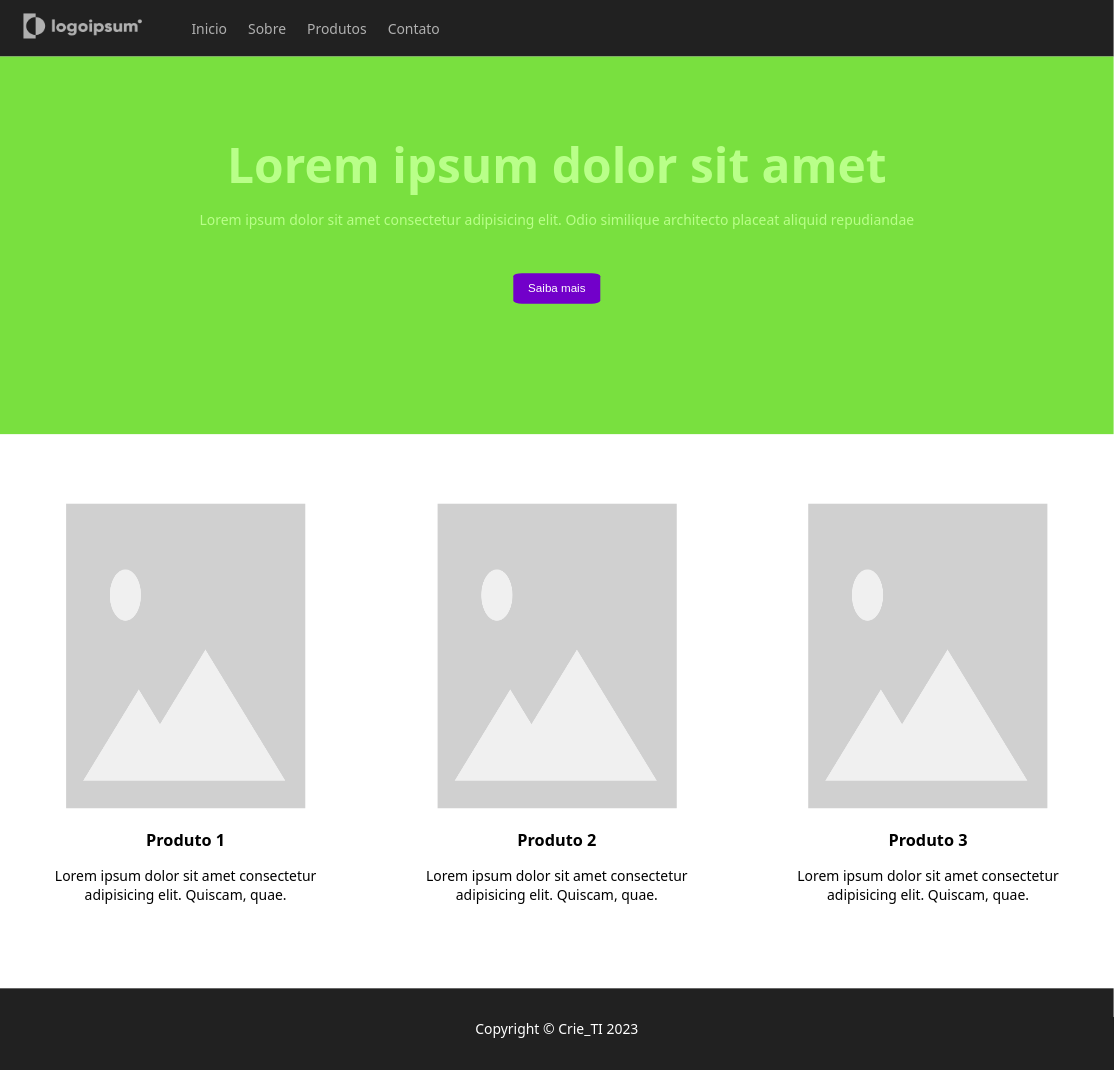
Repository: Carolden/SiteCrie_Ti
Page: index.html
These files come from the project's save history. The page is drawn as it stood at one moment and after the next save; the edit follows.
The browser window is 1280 px wide. The pictures show the whole page, at 87% of full size.

Above is the page before, as saved 2023-04-25 19:53:21.

### index.html
<!DOCTYPE html>
<html lang="pt-BR">
<head>
    <meta charset="UTF-8">
    <meta http-equiv="X-UA-Compatible" content="IE=edge">
    <meta name="viewport" content="width=device-width, initial-scale=1.0">
    <title>Document</title>
    <link rel="stylesheet" type="text/css" href="index.css" media="screen" />
</head>
<body>

    <header>
        <div>
            <img src="images/logo.png" alt="logo" class="logo">
        </div>
        <nav>
            <a href="inicio">Inicio</a>
            <a href="sobre">Sobre</a>
            <a href="produtos">Produtos</a>
            <a href="contato">Contato</a>
        </nav>
    </header>

    <main>

    <section class="banner">
        <h1>Lorem ipsum dolor sit amet</h1>
        <p>Lorem ipsum dolor sit amet consectetur adipisicing elit. Odio similique architecto placeat aliquid repudiandae</p>
        <button>Saiba mais</button>
    </section>

    <section class="produtos">
        <div class="row">
            <div class="column">
                <img src="images/placeholder.png" alt="imagem1">
                <h3>Produto 1</h3>
                <p>Lorem ipsum dolor sit amet consectetur adipisicing elit. Quiscam, quae. </p>
            </div>

            <div class="column">
                <img src="images/placeholder.png" alt="imagem2">
                <h3>Produto 2</h3>
                <p>Lorem ipsum dolor sit amet consectetur adipisicing elit. Quiscam, quae.</p>
            </div>

            <div class="column">
                <img src="images/placeholder.png" alt="imagem3">
                <h3>Produto 3</h3>
                <p>Lorem ipsum dolor sit amet consectetur adipisicing elit. Quiscam, quae.</p>
            </div>
        </div>
    </section>

    <footer>
        <div>
            <p> Copyright © Crie_TI 2023</p>
        </div>
    </footer>



    </main>





</body>
</html>

### index.css
body {
    border: 0;
    margin: 0;
    padding: 0;
    font-family: system-ui, -apple-system, BlinkMacSystemFont, 'Segoe UI', Roboto, Oxygen, Ubuntu, Cantarell, 'Open Sans', 'Helvetica Neue', sans-serif;
}


header {
    background-color: #212121;
    display: flex;
    align-items: center;
    width: 100%;
    top: 0;
    padding-left: 20px;
    padding-right: 20px;
    box-sizing: border-box;
}

header nav a {
    color: #B0B0B0;
    text-decoration: none;
    padding: 10px;

}

.logo {
    width: 150px;
    height: 60px;
    padding-right: 40px;
}

.banner {
    background-color: rgb(121, 224, 63);
    color: rgb(185, 255, 137);
    text-align: center;
    padding-top: 40px;
    padding-bottom: 150px;


}

button {
    background-color: rgb(114, 0, 202);
    color: #ffffff;
    text-align: center;
    padding: 10px;
    padding-left: 17px;
    padding-right: 17px;
    border-radius: 10%;
    border-style: hidden    ;
}

.banner h1 {
    font-size: 55px;
    margin-bottom: -30px;
}

.banner p {
    padding-bottom: 50px;
    padding-top: 30px;
    margin-bottom: 0px;
}

.produtos {
    padding-bottom: 50px;
}


.row {
    display: flex;
    padding-top: 50px;
}


.column {
    width: 33%;
    padding: 30px;
    text-align: center;

}


.column img {
    width: 75%;
    height: 350px;
    /* object-fit: cover; */
    text-align: center;
    justify-content: center;
}


footer {
    background-color: #212121;
    color: white;
    padding: 20px;
    text-align: center;
}

After the next save:
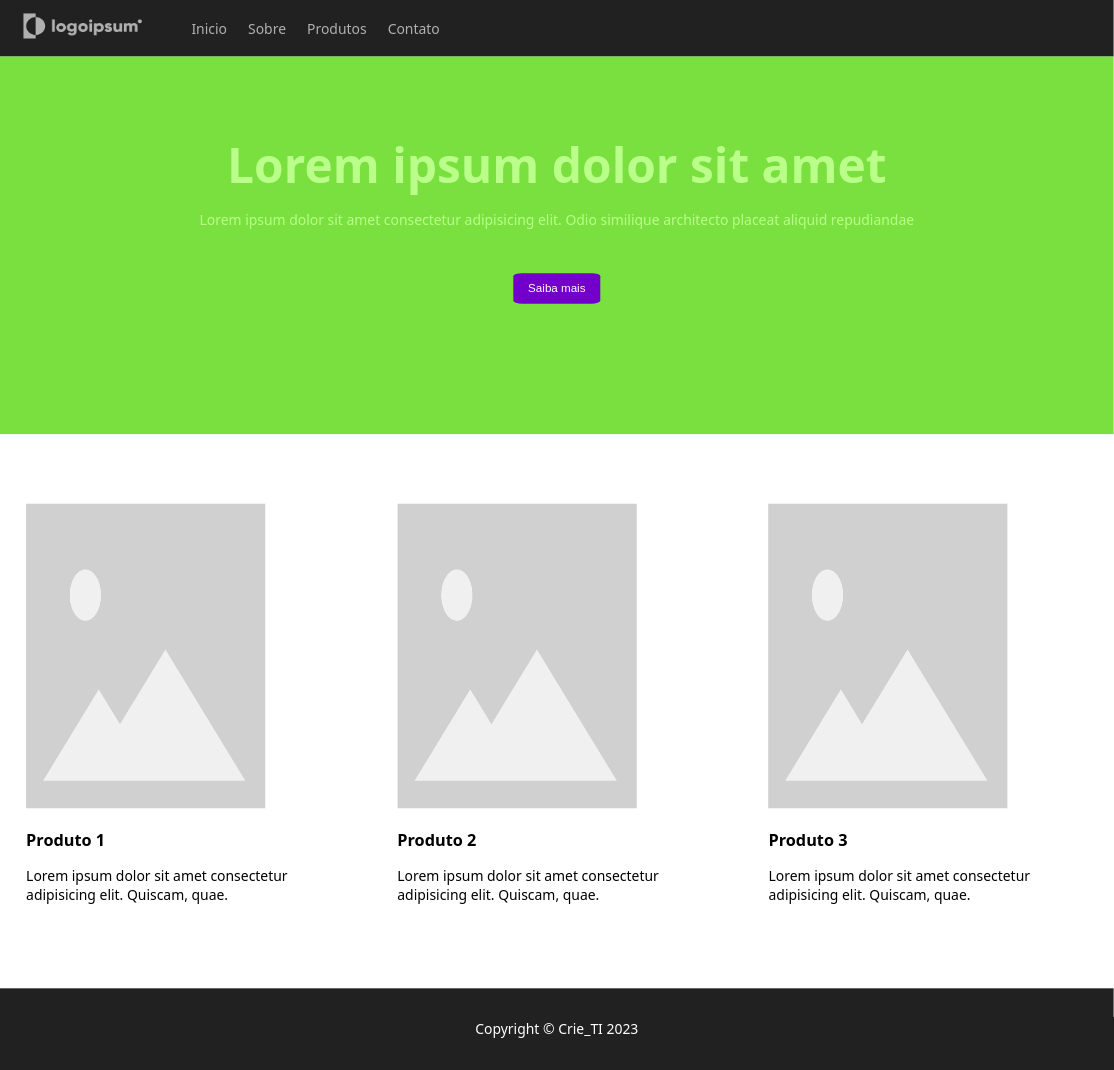
Saved 14 s later.
--- a/index.css
+++ b/index.css
@@ -76,7 +76,7 @@ button {
 .column {
     width: 33%;
     padding: 30px;
-    text-align: center;
+    /* text-align: center; */
 
 }
 
